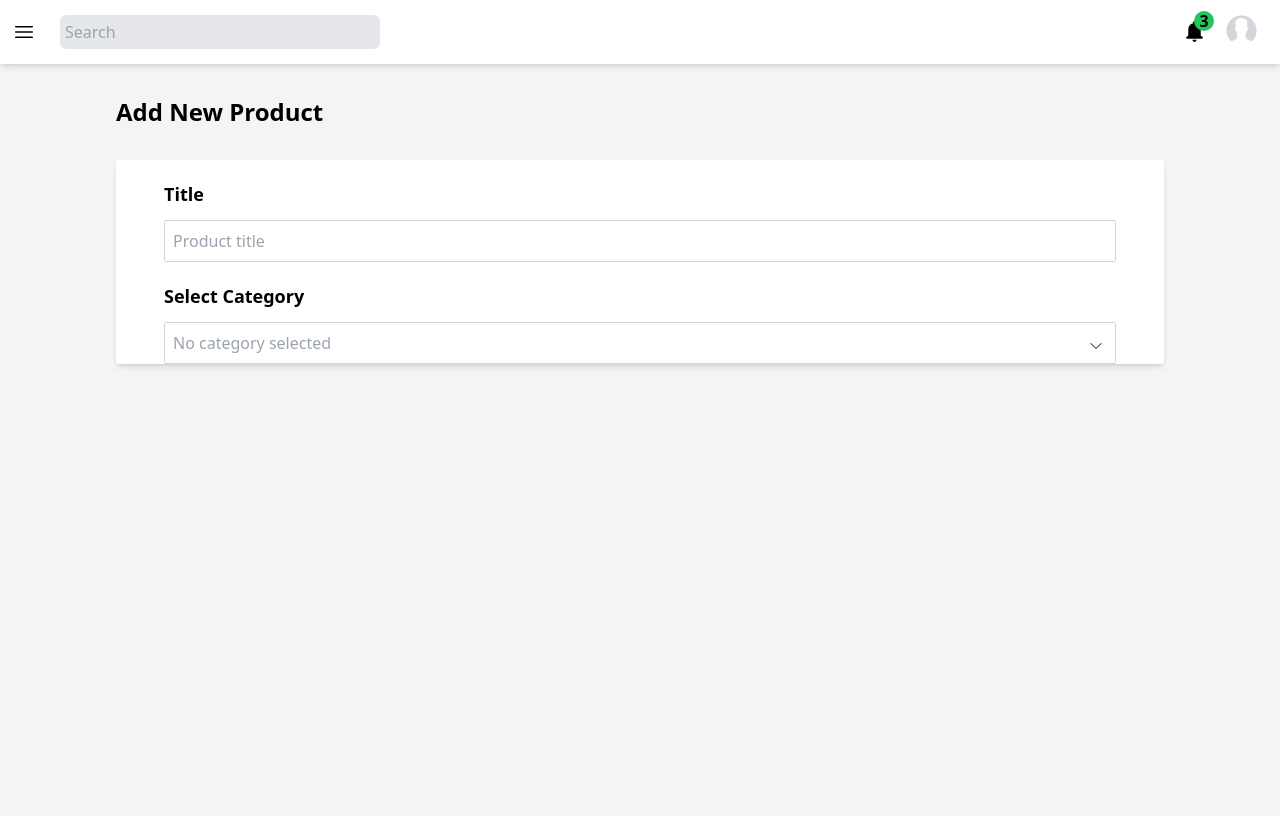
Repository: IssaMuiz/ifarmstock-admin
Page: /new-product
These files come from the project's save history. The page is drawn as it stood at one moment and after the next save; the edit follows.
The browser window is 1280 px wide. The pictures show the whole page.
The page's requests for data from a server got no answer. The project was rebuilt for these pictures with package versions that can differ from the ones it lists, and the page was loaded fresh each time. The framework's server and built-in components were replaced by stand-ins that run in the browser. No one was signed in, and anything a server would have sent is missing. Also part of the build but not shown: next.config.mjs.

Above is the page before, as saved 2024-10-12 16:10:40.

After the next save:
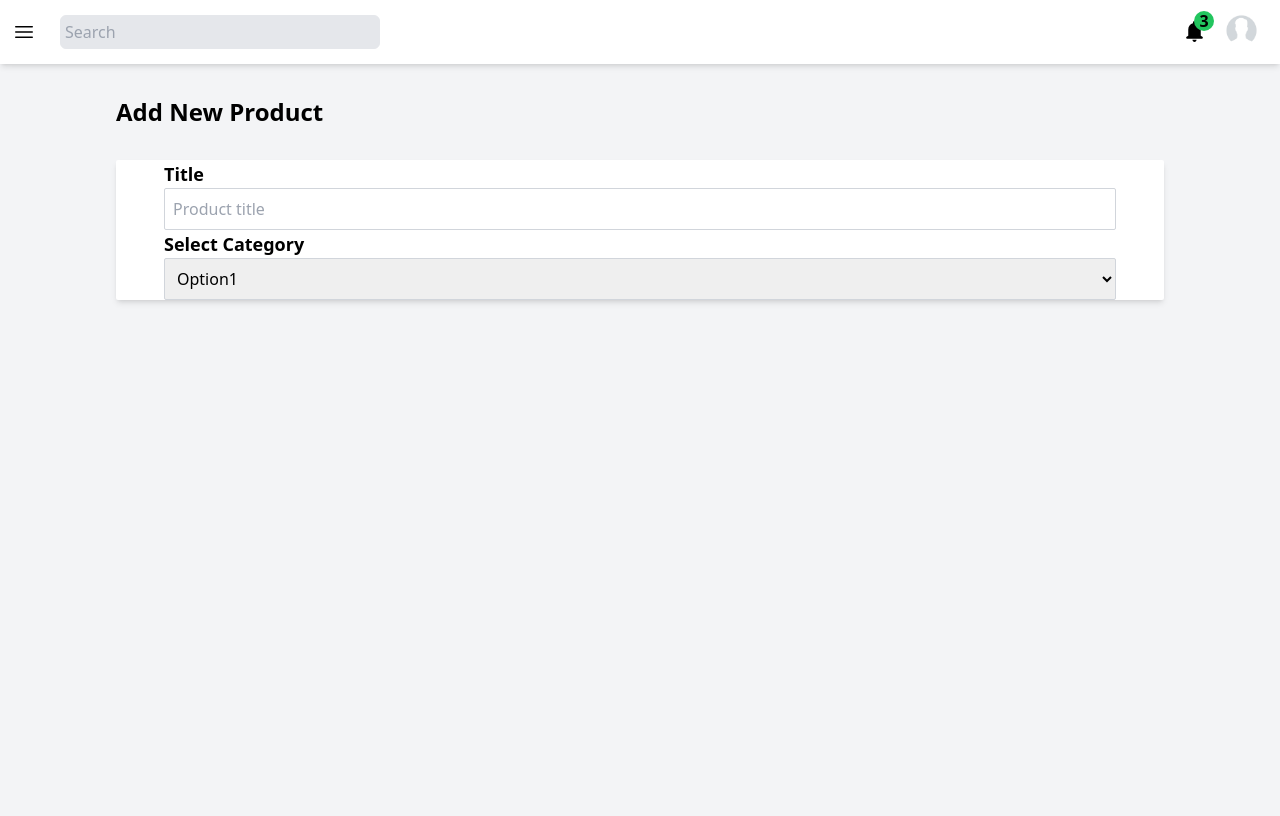
Saved 7 h 31 min later.
--- a/app/new-product/page.tsx
+++ b/app/new-product/page.tsx
@@ -8,7 +8,7 @@ const NewProduct = () => {
       </div>
       <form className="bg-white rounded-sm shadow-md">
         <div className="px-5 md:px-12">
-          <h2 className="text-lg font-semibold mb-3 pt-5">Title</h2>
+          <label className="text-lg font-semibold mb-3 pt-5">Title</label>
           <input
             type="text"
             placeholder="Product title"
@@ -16,14 +16,16 @@ const NewProduct = () => {
           />
         </div>
         <div className="px-5 md:px-12">
-          <h2 className="text-lg font-semibold mb-3 pt-5">Select Category</h2>
+          <label className="text-lg font-semibold mb-3 pt-5">
+            Select Category
+          </label>
           <div className="relative">
-            <input
-              type="text"
-              placeholder="No category selected"
-              className="w-full border border-gray-300 rounded-sm p-2"
-            />
-            <svg
+            <select className="w-full border border-gray-300 rounded-sm p-2">
+              <option value="">Option1</option>
+              <option value="">Option2</option>
+              <option value="">Option3</option>
+            </select>
+            {/* <svg
               xmlns="http://www.w3.org/2000/svg"
               fill="none"
               viewBox="0 0 24 24"
@@ -36,7 +38,7 @@ const NewProduct = () => {
                 strokeLinejoin="round"
                 d="m19.5 8.25-7.5 7.5-7.5-7.5"
               />
-            </svg>
+            </svg> */}
           </div>
         </div>
       </form>
